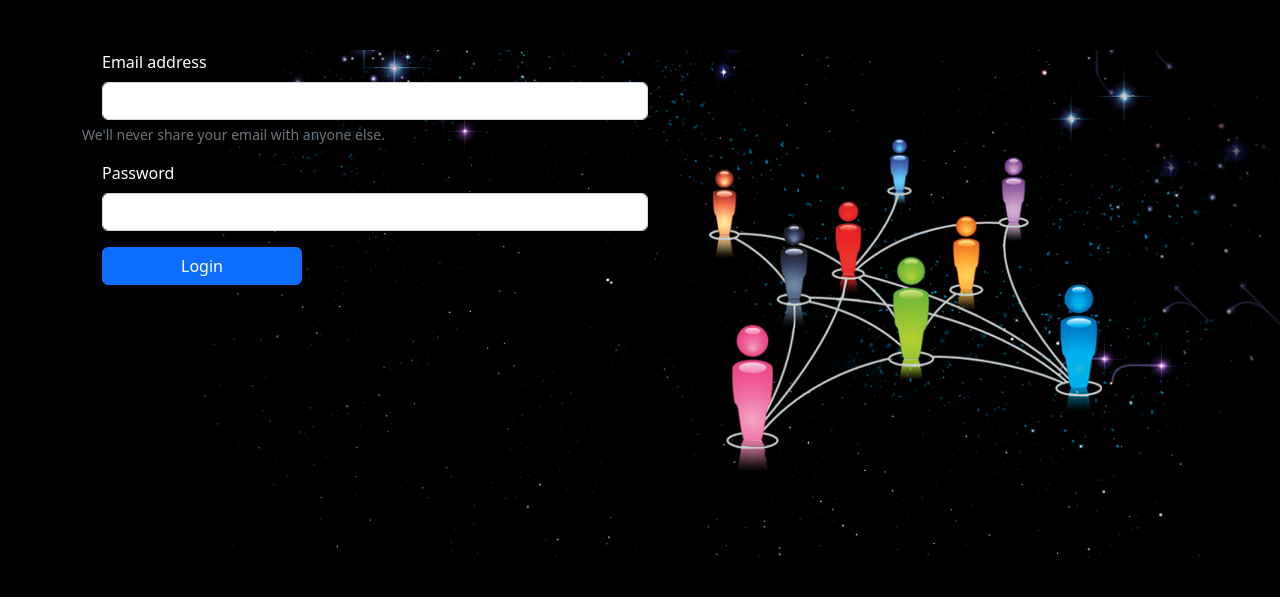
Repository: jaseem1999/sdCommunity
Page: http://localhost/sdCommunity/Login.jsp
These files come from the project's save history. The page is drawn as it stood at one moment and after the next save; the edit follows.
The browser window is 1280 px wide. The pictures show the whole page.
The page is served by Tomcat 9. Other server files are loaded and not shown.

Above is the page before, as saved 2023-09-24 13:54:16.

### sdCommunity/src/main/webapp/Login.jsp
<%@ page language="java" contentType="text/html; charset=ISO-8859-1"
    pageEncoding="ISO-8859-1"%>
<!DOCTYPE html>
<html>
<head>
<meta charset="ISO-8859-1">
<title>Login</title>
<link rel="stylesheet" href="./css/style.css">
<link href="https://cdn.jsdelivr.net/npm/bootstrap@5.2.3/dist/css/bootstrap.min.css" rel="stylesheet" integrity="sha384-rbsA2VBKQhggwzxH7pPCaAqO46MgnOM80zW1RWuH61DGLwZJEdK2Kadq2F9CUG65" crossorigin="anonymous">
<script src="https://cdn.jsdelivr.net/npm/bootstrap@5.2.3/dist/js/bootstrap.bundle.min.js" integrity="sha384-kenU1KFdBIe4zVF0s0G1M5b4hcpxyD9F7jL+jjXkk+Q2h455rYXK/7HAuoJl+0I4" crossorigin="anonymous"></script>
<style type="text/css">
.bdy{
 	background-color: black;
    color: white;
 }
 .cover{
 		background-image: url("./css/img/bg-stars-1.webp");
		background-repeat: no-repeat;
    	background-position: center;
    	background-size: cover;
 }
.container{
		margin-top: 50px;
		background-image: url("./css/img/bg-stars-1.webp");
		background-repeat: no-repeat;
    	background-position: center;
    	background-size: cover;
 		width: 100%;
    	height: auto;
}

label, input{
		margin-left: 20px;
		margin-right: 10px;
		width: 200px;

}
button {
		margin-left: 20px;
		margin-right: 10px;
		width: 200px;

}
</style>

</head>
<body class="bdy">
<div class="cover">
	<div class="container">

<%
			String message = request.getParameter("message");
			if (message != null && message.equals("Failed")){
				out.print("<div class='alert alert-danger' role='alert'>Login Failed...<br>Try again...</div>");
			}else{
				out.print("");
			}
%>

			  <div class="row">
			    <div class="col">
			      <form  action="LoginServlet.jsp">
					  <div class="mb-3">
					    <label for="exampleInputEmail1"  class="form-label">Email address</label>
					    <input type="email" class="form-control" id="exampleInputEmail1" aria-describedby="emailHelp" name="email">
					    <div id="emailHelp" class="form-text">We'll never share your email with anyone else.</div>
					  </div>
					  <div class="mb-3">
					    <label for="exampleInputPassword1" class="form-label">Password</label>
					    <input type="password" class="form-control" id="exampleInputPassword1" name="password">
					  </div>
					  <button type="submit" class="btn btn-primary">Login</button>
				 </form>

			    </div>
			    <div class="col">
			 	 	<img alt="" src="./css/img/socialNetwork.png">
			    </div>
			   </div>
    </div>

</div>

</body>
</html>

### sdCommunity/src/main/webapp/css/style.css
@charset "ISO-8859-1";
.bdy{
 		background-color: #0d1118;
		color: white;
 }
.heading-possision{
 		position: relative;
 		top : 100px;

 }
 .heading-style{
 		 color: #64ffda;
    		font-size: 38px;
    		margin: 0 0 20px;

 	}
 	.animate-charcter
	{
	  background-image: linear-gradient(
	    -225deg,
	    #231557 0%,
	    #44107a 29%,
	    #ff1361 67%,
	    #fff800 100%
	  );
	  background-size: auto auto;
	  background-clip: border-box;
	  background-size: 200% auto;
	  color: #fff;
	  background-clip: text;
	  text-fill-color: transparent;
	  -webkit-background-clip: text;
	  -webkit-text-fill-color: transparent;
	  animation: textclip 2s linear infinite;
	  display: inline-block;
	      font-size: 60px;
	}

	@keyframes textclip {
	  to {
	    background-position: 200% center;
	  }
	}
 	.homeFirstImgBanner{
	    height: 282px;
	    position: relative;
	    top: 137px;
	    left: 0px;
	    background: #243d3852;
	    border: 1px solid color(srgb 0.55 0.91 0.71 / 0.26);
	    z-index: 100;
	    border-block-width: t;
	    border-block-width: 6px;
 	}
 	.homeFirstImg{
 		width: 284px;
    	height: 282px;
    	position: relative;
    	top: 85px;
    	left: 0px;
    	z-index: 1;
 	}

 	#homeThirdPart{
 		height: 400px;
    	background-image: url(./img/sn2..png);
    	/* background-repeat: no-repeat; */
    	/* background-position: center; */
   		 background-size: cover;
 	}
 	@import url('https://fonts.googleapis.com/css2?family=Alfa+Slab+One&display=swap');


.homeThredContent {
  background-color:  #1a1c1f00;
  display: flex;
  justify-content: center;
  align-items: center;
  min-height: 20vh;
}
.waviy {
  position: relative;
  -webkit-box-reflect: below -20px linear-gradient(transparent, rgba(0,0,0,.2));
  font-size: 28px;
}
.waviy span {
  font-family: 'Alfa Slab One', cursive;
  position: relative;
  display: inline-block;
  color: #fff;
  text-transform: uppercase;
  animation: waviy 1s infinite;
  animation-delay: calc(.1s * var(--i));

}
@keyframes waviy {
  0%,40%,100% {
    transform: translateY(0)
  }
  20% {
    transform: translateY(-20px)
  }
}

.world{
	background-image: url("./css/img/globe.webp");
		background-repeat: no-repeat;
    	background-position: center;
    	background-size: cover;
 		width: 100%;
    	height: auto;
}

After the next save:
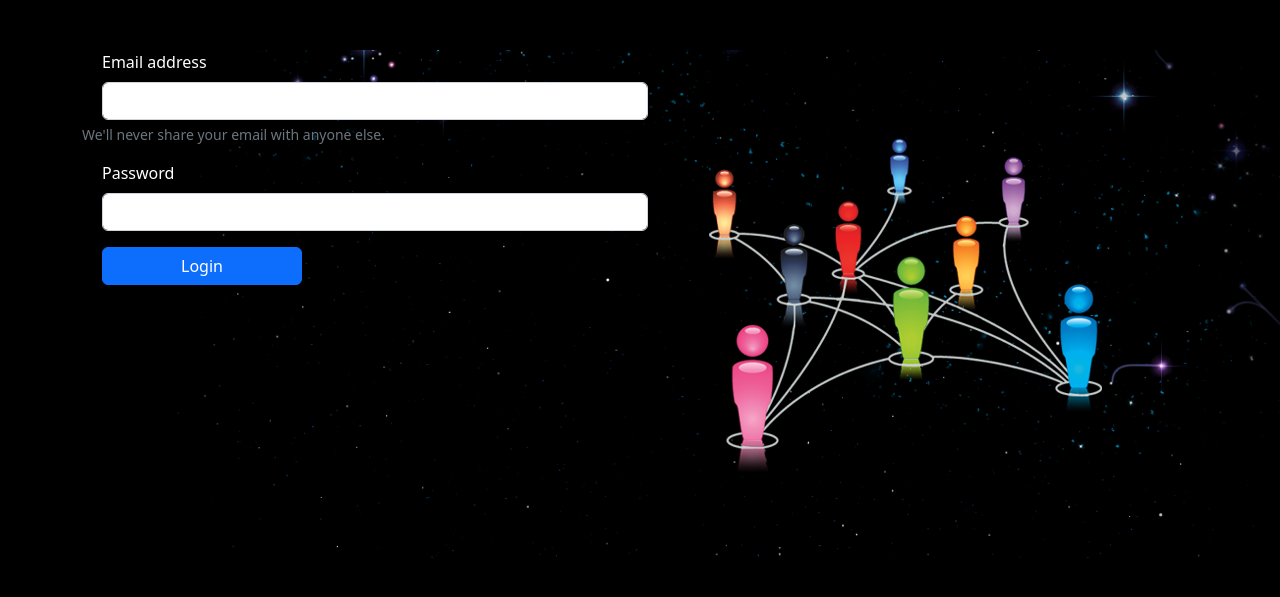
Saved 14 s later.
--- a/sdCommunity/src/main/webapp/Login.jsp
+++ b/sdCommunity/src/main/webapp/Login.jsp
@@ -21,10 +21,7 @@
  }
 .container{
 		margin-top: 50px;
-		background-image: url("./css/img/bg-stars-1.webp");
-		background-repeat: no-repeat;
-    	background-position: center;
-    	background-size: cover;
+
  		width: 100%;
     	height: auto;
 }
